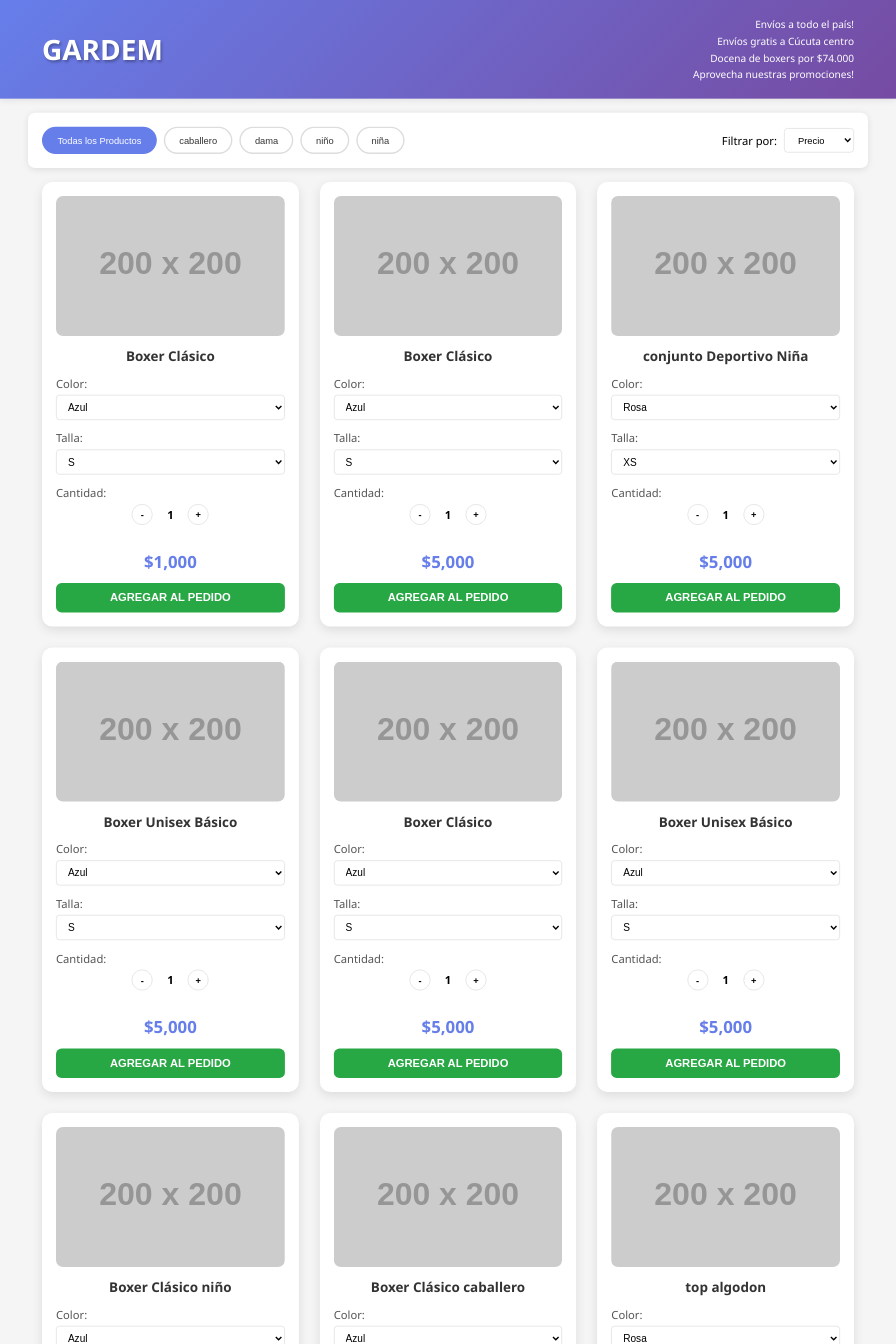
Repository: dasalgar123/gardem_react
Page: /
An editor plug-in stored every save of this project. The page is shown before and after the next save, followed by the edit.
The browser window is 1280 px wide. The pictures show the part of the page from y = 0 to 1920 px (the page is 2940 px tall before and 2894 px after), at 70% of full size.
The project was rebuilt for these pictures with package versions that can differ from the ones it lists, and the page was loaded fresh each time.

Above is the page before, as saved 2025-08-02 17:06:30.

### src/App.js
import React, { useState } from 'react';
import './App.css';

function App() {
  // Estado para el carrito de compras
  const [carrito, setCarrito] = useState([]);
  const [filtroCategoria, setFiltroCategoria] = useState('Todas los Productos');

  // Datos de productos de Gardem
  const productos = [
    {
      id: 1,
      nombre: "Boxer Clásico",
      precio: 1000,
      categoria: "caballero",
      imagen: "https://via.placeholder.com/200x200/0066cc/ffffff?text=Boxer+Azul",
      colores: ["Azul", "Rojo", "Verde", "Negro"],
      tallas: ["S", "M", "L", "XL"]
    },
    {
      id: 2,
      nombre: "Boxer Clásico",
      precio: 5000,
      categoria: "caballero",
      imagen: "https://via.placeholder.com/200x200/cc0000/ffffff?text=Boxer+Rojo",
      colores: ["Azul", "Rojo", "Verde", "Negro"],
      tallas: ["S", "M", "L", "XL"]
    },
    {
      id: 3,
      nombre: "conjunto Deportivo Niña",
      precio: 5000,
      categoria: "niña",
      imagen: "https://via.placeholder.com/200x200/ff99cc/ffffff?text=Conjunto+Niña",
      colores: ["Rosa", "Azul", "Verde"],
      tallas: ["XS", "S", "M", "L"]
    },
    {
      id: 4,
      nombre: "Boxer Unisex Básico",
      precio: 5000,
      categoria: "caballero",
      imagen: "https://via.placeholder.com/200x200/99cc00/ffffff?text=Boxer+Verde",
      colores: ["Azul", "Rojo", "Verde", "Negro"],
      tallas: ["S", "M", "L", "XL"]
    },
    {
      id: 5,
      nombre: "Boxer Clásico",
      precio: 5000,
      categoria: "caballero",
      imagen: "https://via.placeholder.com/200x200/00cc00/ffffff?text=Boxer+Verde",
      colores: ["Azul", "Rojo", "Verde", "Negro"],
      tallas: ["S", "M", "L", "XL"]
    },
    {
      id: 6,
      nombre: "Boxer Unisex Básico",
      precio: 5000,
      categoria: "caballero",
      imagen: "https://via.placeholder.com/200x200/00cccc/ffffff?text=Boxer+Teal",
      colores: ["Azul", "Rojo", "Verde", "Negro"],
      tallas: ["S", "M", "L", "XL"]
    },
    {
      id: 7,
      nombre: "Boxer Clásico niño",
      precio: 5000,
      categoria: "niño",
      imagen: "https://via.placeholder.com/200x200/6699ff/ffffff?text=Boxer+Niño",
      colores: ["Azul", "Rojo", "Verde", "Negro"],
      tallas: ["XS", "S", "M", "L"]
    },
    {
      id: 8,
      nombre: "Boxer Clásico caballero",
      precio: 5000,
      categoria: "caballero",
      imagen: "https://via.placeholder.com/200x200/003366/ffffff?text=Boxer+Azul+Oscuro",
      colores: ["Azul", "Rojo", "Verde", "Negro"],
      tallas: ["S", "M", "L", "XL"]
    },
    {
      id: 9,
      nombre: "top algodon",
      precio: 10000,
      categoria: "dama",
      imagen: "https://via.placeholder.com/200x200/ffcc99/ffffff?text=Top+Algodón",
      colores: ["Rosa", "Azul", "Verde", "Negro"],
      tallas: ["XS", "S", "M", "L", "XL"]
    },
    {
      id: 10,
      nombre: "top niña",
      precio: 10000,
      categoria: "niña",
      imagen: "https://via.placeholder.com/200x200/ff99cc/ffffff?text=Top+Niña",
      colores: ["Rosa", "Azul", "Verde", "Amarillo"],
      tallas: ["XS", "S", "M", "L"]
    },
    {
      id: 11,
      nombre: "pantalon",
      precio: 5000,
      categoria: "caballero",
      imagen: "https://via.placeholder.com/200x200/999999/ffffff?text=Pantalón",
      colores: ["Negro", "Azul", "Gris"],
      tallas: ["S", "M", "L", "XL"]
    }
  ];

  // Filtrar productos por categoría
  const productosFiltrados = filtroCategoria === 'Todas los Productos'
    ? productos
    : productos.filter(p => p.categoria === filtroCategoria);

  // Agregar producto al carrito
  const agregarAlCarrito = (producto, color, talla, cantidad) => {
    const item = {
      ...producto,
      color,
      talla,
      cantidad: parseInt(cantidad)
    };
    setCarrito([...carrito, item]);
  };

  // Calcular total del carrito
  const totalCarrito = carrito.reduce((total, item) => total + (item.precio * item.cantidad), 0);

  return (
    <div className="App">
      {/* Header */}
      <header className="header">
        <div className="header-content">
          <h1 className="logo">GARDEM</h1>
          <div className="promociones">
            <p>Envíos a todo el país!</p>
            <p>Envíos gratis a Cúcuta centro</p>
            <p>Docena de boxers por $74.000</p>
            <p>Aprovecha nuestras promociones!</p>
          </div>
        </div>
      </header>

      {/* Filtros */}
      <div className="filtros">
        <div className="filtro-categorias">
          <button
            className={filtroCategoria === 'Todas los Productos' ? 'activo' : ''}
            onClick={() => setFiltroCategoria('Todas los Productos')}
          >
            Todas los Productos
          </button>
          <button
            className={filtroCategoria === 'caballero' ? 'activo' : ''}
            onClick={() => setFiltroCategoria('caballero')}
          >
            caballero
          </button>
          <button
            className={filtroCategoria === 'dama' ? 'activo' : ''}
            onClick={() => setFiltroCategoria('dama')}
          >
            dama
          </button>
          <button
            className={filtroCategoria === 'niño' ? 'activo' : ''}
            onClick={() => setFiltroCategoria('niño')}
          >
            niño
          </button>
          <button
            className={filtroCategoria === 'niña' ? 'activo' : ''}
            onClick={() => setFiltroCategoria('niña')}
          >
            niña
          </button>
        </div>
        <div className="filtro-extra">
          <span>Filtrar por:</span>
          <select>
            <option>Precio</option>
            <option>Nombre</option>
          </select>
        </div>
      </div>

      {/* Grid de Productos */}
      <div className="productos-grid">
        {productosFiltrados.map((producto) => (
          <ProductoCard
            key={producto.id}
            producto={producto}
            onAgregar={agregarAlCarrito}
          />
        ))}
      </div>

      {/* Carrito */}
      {carrito.length > 0 && (
        <div className="carrito">
          <h3>Tu Pedido ({carrito.length} productos)</h3>
          <div className="carrito-items">
            {carrito.map((item, index) => (
              <div key={index} className="carrito-item">
                <img src={item.imagen} alt={item.nombre} />
                <div>
                  <h4>{item.nombre}</h4>
                  <p>Color: {item.color} | Talla: {item.talla}</p>
                  <p>Cantidad: {item.cantidad}</p>
                  <p>Precio: ${item.precio.toLocaleString()}</p>
                </div>
              </div>
            ))}
          </div>
          <div className="carrito-total">
            <h4>Total: ${totalCarrito.toLocaleString()}</h4>
            <button className="btn-whatsapp">
              Enviar Pedido por WhatsApp
            </button>
          </div>
        </div>
      )}
    </div>
  );
}

// Componente ProductoCard
function ProductoCard({ producto, onAgregar }) {
  const [color, setColor] = useState(producto.colores[0]);
  const [talla, setTalla] = useState(producto.tallas[0]);
  const [cantidad, setCantidad] = useState(1);

  const handleAgregar = () => {
    onAgregar(producto, color, talla, cantidad);
  };

  return (
    <div className="producto-card">
      <img src={producto.imagen} alt={producto.nombre} />
      <h3>{producto.nombre}</h3>

      <div className="producto-opciones">
        <div className="opcion">
          <label>Color:</label>
          <select value={color} onChange={(e) => setColor(e.target.value)}>
            {producto.colores.map(c => (
              <option key={c} value={c}>{c}</option>
            ))}
          </select>
        </div>

        <div className="opcion">
          <label>Talla:</label>
          <select value={talla} onChange={(e) => setTalla(e.target.value)}>
            {producto.tallas.map(t => (
              <option key={t} value={t}>{t}</option>
            ))}
          </select>
        </div>

        <div className="opcion">
          <label>Cantidad:</label>
          <div className="cantidad-control">
            <button onClick={() => setCantidad(Math.max(1, cantidad - 1))}>-</button>
            <span>{cantidad}</span>
            <button onClick={() => setCantidad(cantidad + 1)}>+</button>
          </div>
        </div>
      </div>

      <div className="producto-precio">
        <span className="precio">${producto.precio.toLocaleString()}</span>
      </div>

      <button className="btn-agregar" onClick={handleAgregar}>
        AGREGAR AL PEDIDO
      </button>
    </div>
  );
}

export default App;

### src/App.css
/* Estilos generales */
* {
  margin: 0;
  padding: 0;
  box-sizing: border-box;
}

body {
  font-family: 'Segoe UI', Tahoma, Geneva, Verdana, sans-serif;
  background-color: #f5f5f5;
}

.App {
  min-height: 100vh;
}

/* Header */
.header {
  background: linear-gradient(135deg, #667eea 0%, #764ba2 100%);
  color: white;
  padding: 20px 0;
  box-shadow: 0 2px 10px rgba(0,0,0,0.1);
}

.header-content {
  max-width: 1200px;
  margin: 0 auto;
  padding: 0 20px;
  display: flex;
  justify-content: space-between;
  align-items: center;
  flex-wrap: wrap;
}

.logo {
  font-size: 2.5rem;
  font-weight: bold;
  text-shadow: 2px 2px 4px rgba(0,0,0,0.3);
}

.promociones {
  text-align: right;
}

.promociones p {
  margin: 5px 0;
  font-size: 0.9rem;
  font-weight: 500;
}

/* Filtros */
.filtros {
  background: white;
  padding: 20px;
  margin: 20px auto;
  max-width: 1200px;
  border-radius: 10px;
  box-shadow: 0 2px 10px rgba(0,0,0,0.1);
  display: flex;
  justify-content: space-between;
  align-items: center;
  flex-wrap: wrap;
  gap: 20px;
}

.filtro-categorias {
  display: flex;
  gap: 10px;
  flex-wrap: wrap;
}

.filtro-categorias button {
  padding: 10px 20px;
  border: 2px solid #ddd;
  background: white;
  color: #333;
  border-radius: 25px;
  cursor: pointer;
  transition: all 0.3s ease;
  font-weight: 500;
}

.filtro-categorias button:hover {
  border-color: #667eea;
  color: #667eea;
}

.filtro-categorias button.activo {
  background: #667eea;
  color: white;
  border-color: #667eea;
}

.filtro-extra {
  display: flex;
  align-items: center;
  gap: 10px;
}

.filtro-extra select {
  padding: 8px 15px;
  border: 1px solid #ddd;
  border-radius: 5px;
  background: white;
}

/* Grid de Productos */
.productos-grid {
  max-width: 1200px;
  margin: 0 auto;
  padding: 0 20px;
  display: grid;
  grid-template-columns: repeat(auto-fill, minmax(280px, 1fr));
  gap: 30px;
  margin-bottom: 50px;
}

/* Tarjeta de Producto */
.producto-card {
  background: white;
  border-radius: 15px;
  padding: 20px;
  box-shadow: 0 5px 15px rgba(0,0,0,0.1);
  transition: transform 0.3s ease, box-shadow 0.3s ease;
  display: flex;
  flex-direction: column;
}

.producto-card:hover {
  transform: translateY(-5px);
  box-shadow: 0 10px 25px rgba(0,0,0,0.15);
}

.producto-card img {
  width: 100%;
  height: 200px;
  object-fit: cover;
  border-radius: 10px;
  margin-bottom: 15px;
}

.producto-card h3 {
  font-size: 1.2rem;
  margin-bottom: 15px;
  color: #333;
  text-align: center;
}

.producto-opciones {
  margin-bottom: 20px;
}

.opcion {
  margin-bottom: 15px;
}

.opcion label {
  display: block;
  margin-bottom: 5px;
  font-weight: 500;
  color: #555;
}

.opcion select {
  width: 100%;
  padding: 8px 12px;
  border: 1px solid #ddd;
  border-radius: 5px;
  background: white;
  font-size: 0.9rem;
}

.cantidad-control {
  display: flex;
  align-items: center;
  gap: 10px;
  justify-content: center;
}

.cantidad-control button {
  width: 30px;
  height: 30px;
  border: 1px solid #ddd;
  background: white;
  border-radius: 50%;
  cursor: pointer;
  font-weight: bold;
  transition: all 0.3s ease;
}

.cantidad-control button:hover {
  background: #667eea;
  color: white;
  border-color: #667eea;
}

.cantidad-control span {
  font-weight: bold;
  min-width: 30px;
  text-align: center;
}

.producto-precio {
  text-align: center;
  margin-bottom: 15px;
}

.precio {
  font-size: 1.5rem;
  font-weight: bold;
  color: #667eea;
}

.btn-agregar {
  width: 100%;
  padding: 12px;
  background: #28a745;
  color: white;
  border: none;
  border-radius: 8px;
  font-weight: bold;
  cursor: pointer;
  transition: background 0.3s ease;
  font-size: 1rem;
}

.btn-agregar:hover {
  background: #218838;
}

/* Carrito */
.carrito {
  position: fixed;
  bottom: 0;
  left: 0;
  right: 0;
  background: white;
  border-top: 3px solid #667eea;
  padding: 20px;
  box-shadow: 0 -5px 15px rgba(0,0,0,0.1);
  max-height: 60vh;
  overflow-y: auto;
}

.carrito h3 {
  color: #333;
  margin-bottom: 15px;
  text-align: center;
}

.carrito-items {
  display: grid;
  grid-template-columns: repeat(auto-fill, minmax(250px, 1fr));
  gap: 15px;
  margin-bottom: 20px;
}

.carrito-item {
  display: flex;
  gap: 15px;
  padding: 15px;
  background: #f8f9fa;
  border-radius: 10px;
  align-items: center;
}

.carrito-item img {
  width: 60px;
  height: 60px;
  object-fit: cover;
  border-radius: 5px;
}

.carrito-item h4 {
  font-size: 1rem;
  margin-bottom: 5px;
  color: #333;
}

.carrito-item p {
  font-size: 0.9rem;
  color: #666;
  margin: 2px 0;
}

.carrito-total {
  text-align: center;
  border-top: 2px solid #eee;
  padding-top: 15px;
}

.carrito-total h4 {
  font-size: 1.3rem;
  color: #667eea;
  margin-bottom: 15px;
}

.btn-whatsapp {
  background: #25d366;
  color: white;
  border: none;
  padding: 12px 25px;
  border-radius: 25px;
  font-weight: bold;
  cursor: pointer;
  transition: background 0.3s ease;
  font-size: 1rem;
}

.btn-whatsapp:hover {
  background: #128c7e;
}

/* Responsive */
@media (max-width: 768px) {
  .header-content {
    flex-direction: column;
    text-align: center;
    gap: 15px;
  }

  .logo {
    font-size: 2rem;
  }

  .filtros {
    flex-direction: column;
    align-items: stretch;
  }

  .filtro-categorias {
    justify-content: center;
  }

  .productos-grid {
    grid-template-columns: repeat(auto-fill, minmax(250px, 1fr));
    gap: 20px;
  }

  .carrito-items {
    grid-template-columns: 1fr;
  }
}

Loaded but not shown: public/index.html (common file); src/index.js (common file); src/index.css (common file); src/reportWebVitals.js (common file)

After the next save:
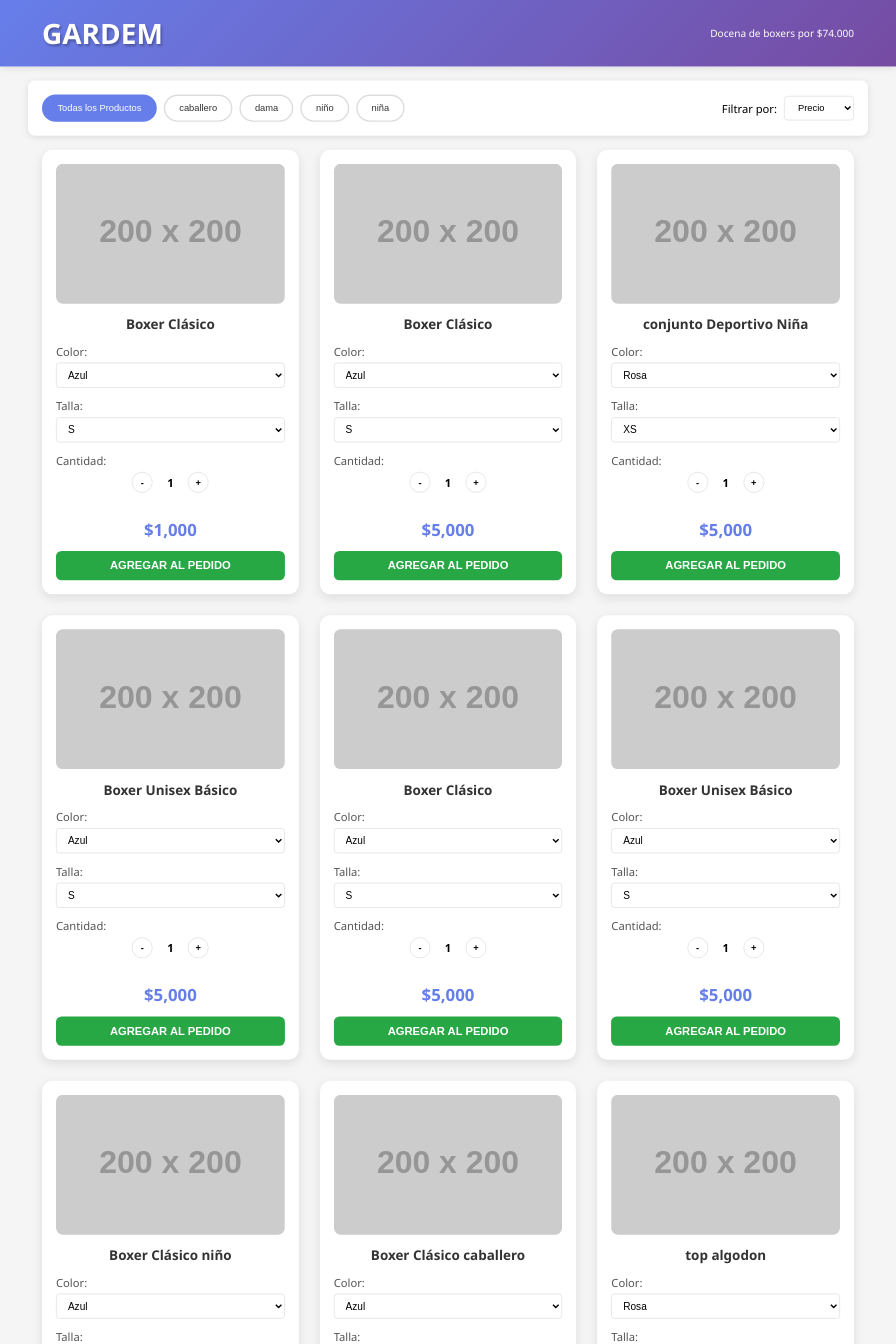
Saved 103 s later.
--- a/src/App.js
+++ b/src/App.js
@@ -1,10 +1,28 @@
-import React, { useState } from 'react';
+import React, { useState, useEffect } from 'react';
 import './App.css';
 
 function App() {
   // Estado para el carrito de compras
   const [carrito, setCarrito] = useState([]);
   const [filtroCategoria, setFiltroCategoria] = useState('Todas los Productos');
+  const [promocionActual, setPromocionActual] = useState(0);
+
+  // Promociones para el carrusel
+  const promociones = [
+    "Envíos a todo el país!",
+    "Envíos gratis a Cúcuta centro",
+    "Docena de boxers por $74.000",
+    "Aprovecha nuestras promociones!"
+  ];
+
+  // Carrusel automático de promociones
+  useEffect(() => {
+    const interval = setInterval(() => {
+      setPromocionActual((prev) => (prev + 1) % promociones.length);
+    }, 3000); // Cambia cada 3 segundos
+
+    return () => clearInterval(interval);
+  }, [promociones.length]);
 
   // Datos de productos de Gardem
   const productos = [
@@ -135,10 +153,9 @@
         <div className="header-content">
           <h1 className="logo">GARDEM</h1>
           <div className="promociones">
-            <p>Envíos a todo el país!</p>
-            <p>Envíos gratis a Cúcuta centro</p>
-            <p>Docena de boxers por $74.000</p>
-            <p>Aprovecha nuestras promociones!</p>
+            <div className="carrusel-promociones">
+              <p className="promocion-activa">{promociones[promocionActual]}</p>
+            </div>
           </div>
         </div>
       </header>
